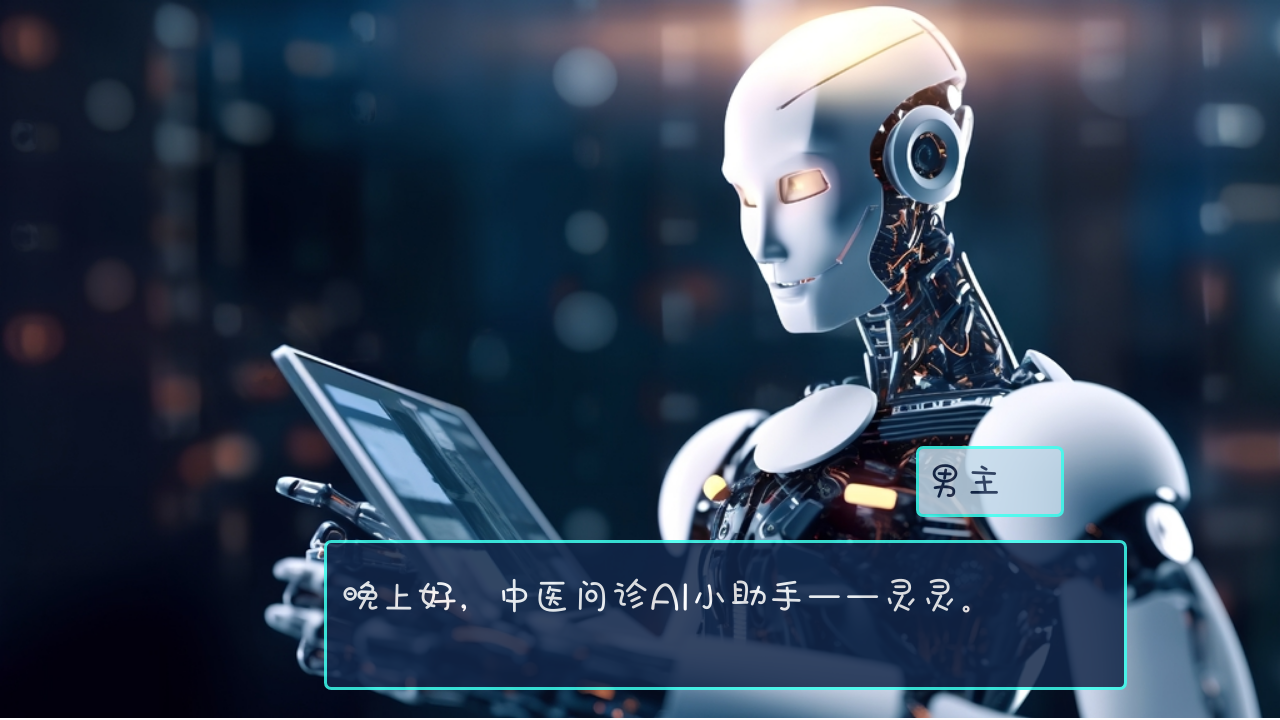
Repository: chjyume/zhongyi
Page: index3.html
These files come from the project's save history. The page is drawn as it stood at one moment and after the next save; the edit follows.
The browser window is 1280 px wide. The pictures show the whole page.

Above is the page before, as saved 2023-09-10 17:08:27.
Console error: ReferenceError: $ is not defined

### index3.html
<!DOCTYPE html>
<html>
	<head>
		<meta name="viewport" content="width=device-width, initial-scale=1.0">
        <meta charset="utf-8" />
		<title>小故事引入</title>

        <link href="css\index3.css" rel="stylesheet" type="text/css">
		<link rel="stylesheet" type="text/css" href="family\font.css">
	</head>
	<style>
	body
	{
        background-image:url("img/img3-1.png");
		background-repeat:no-repeat;
        height: 100%;
        width: 100%;
        background-size:cover;
	}
	</style>
	<div id="dynamicTextDiv">
		<span id="dynamicText">男主</span>
	</div>
		<div id="textDiv"  tabindex="1"></div>
		<div id="endMarker" style="display: none;"></div>
		<div id="overlay">
			<div class="clearfix">
				<a class="btn btn1"><span class="btn-inner">中医针灸治疗（岐黄针）</span></a>
				<a class="btn btn1"><span class="btn-inner">中医音乐治疗</span></a>
				<a class="btn btn1"><span class="btn-inner">中医安神香囊</span></a>
			</div>
		</div>
		<div id="chosenDiv" style="display: none;  font-size: 50px;" tabindex="1">
			<div id="text1" tabindex="1">
			  <div id="bubble" class="t1"  tabindex="1"> 右佐匹克隆</div>
			  <div id="bubble" class="t2"  tabindex="1"> 奥沙西洋</div>
			  <div id="bubble" class="t3"  tabindex="1"> 加巴喷丁</div>
			  <div id="bubble" class="t4"  tabindex="1">苯二氮䓬类受体激动剂</div>
			  <div id="bubble" class="t5"  tabindex="1"> 艾司唑仑</div>
			  <div id="bubble" class="t6"  tabindex="1"> 三唑仑</div>
			  <div id="bubble" class="t7"  tabindex="1"> 水合氯醛</div>
			</div>
			<div id="text2"tabindex="1">
			  <div id="bubble" class="tt1"  tabindex="1"> 呼吸减慢法 </div>
			  <div id="bubble" class="tt2"  tabindex="1"> 联想法</div>
			  <div id="bubble" class="tt3"  tabindex="1"> 转动眼珠法</div>
			  <div id="bubble" class="tt4"  tabindex="1">用左侧鼻孔呼吸法</div>
			  <div id="bubble" class="tt5"  tabindex="1"> 回想法</div>
			  <div id="bubble" class="tt6"  tabindex="1"> 白噪音</div>
			  <div id="bubble" class="tt7"  tabindex="1"> 轻型助眠操</div>
			  <div id="bubble" class="tt8"  tabindex="1">安神补脑液</div>
			  <div id="bubble" class="tt9"  tabindex="1">刺激控制疗法</div>
			</div>
			<div id="text3"tabindex="1">
			  <div id="bubble" class="way1"  tabindex="1"> 中医针灸治疗（岐黄针） </div>
			  <div id="bubble" class="way2"  tabindex="1"> 中医音乐治疗</div>
			 <div id="bubble" class="way3"  tabindex="1">中医安神香囊</div>
			</div>
		</div>


	</body>
	<script src="js/index3.js"></script>
</html>

### css/index3.css
#textDiv {
  z-index: 2;
    width: 60%;
    cursor: pointer;
    height: 10vh;
    position: fixed;
    padding: 5vh 2vh;
    font-family:HYLeMiaoTi;
    font-size: 3vw;
    line-height: 3vw;
    top:75vh;
    left: 45vh;

    color: #122648;
    background: #c2d9e9;
    border: 0.5vh solid #3fffef;
    border-radius: 1vh;
    opacity: 0.85;
    overflow: hidden;
  }
  #dynamicTextDiv{
    width: 10vw;
    height: 5vh;
      position: fixed;
      padding: 2vh 1vh;
      font-family: HYLeMiaoTi;
      font-size: 3vw;
      line-height: 3vw;
      top: 62vh;
      right: 30vh;

      color: #122648;
        background: #c2d9e9;
        border: 0.5vh solid #3fffef;
        border-radius: 1vh;
        opacity: 0.85;
        overflow: hidden;

  }
  #chosenDiv{
    position: fixed;
    width: 150vh;
    height: 70vh;
    margin: 1vh;
    border: 0.1vh solid #2c80ff;
    border-radius: 1vh;
    background-color: transparent;
    backdrop-filter: blur(1vh);
    z-index: 5;
  }

  #bubble{
margin: 20px;
position: fixed;
padding: 20px 12px;
font-family:HYLeMiaoTi;
font-size: 25px;
line-height: 40px;
color: #c0ffef;
background: #1a4c96;
border: 1px solid #86f3ff;
border-radius: 10px;
opacity: 0.8;
}

#endMarker {
  position: fixed;
  z-index: 2;
  width: 0;
  height: 0;
  margin:auto;
  top:90vh;
  left:155vh;
  border-left: 2vh solid transparent;
  border-right: 2vh solid transparent;
  border-top: 3vh solid #00ffcc;
  animation: jump 0.5s infinite alternate;
}

@keyframes jump {
  0% {
    transform: translateY(0);
  }

  100% {
    transform: translateY(-1vh);
  }
}

#textContainer {
  position: absolute;
  top: 0;
  left: 0;
  width: 100%;
  height: 100%;
  padding: 10px;
  box-sizing: border-box;
  background-color: #122648;
  color: white;
}

#textBox {
  height: 100%;
  overflow-y: auto;
}

#overlay {
  position: fixed;
  top: 0;
  left: 0;
  width: 100%;
  height: 100%;
  background-color: rgba(0, 0, 0, 0.5);
  display: none;
  justify-content: center;
  align-items: center;
  z-index: 6;

}


.clearfix:after {
  content: "";
  display: block;
  clear: both;
  height: 0;
  visibility: hidden;
}

.clearfix {
  zoom: 1;
  display: flex;
  justify-content: center;
  align-items: center;
  height: 100vh;
  flex-direction: column;
}

.btn {
  margin-bottom: 7vh;
  display: inline-block;
  padding: 2vh 8vh;
  text-decoration: none;
  position: relative;
}

.btn1 {
  position: relative;
  color: #fff;
  background: #17A086;
  border: 1px solid #17A086;
  -webkit-transition: background-color .3s, color .3s;
  transition: background-color .3s, color .3s
}

.btn1:before {
  content: '';
  position: absolute;
  top: -15px;
  left: -15px;
  bottom: -15px;
  right: -15px;
  background: inherit;
  z-index: -1;
  opacity: 0.5;
  -webkit-transform: scale3d(.6, .4, 1);
  transform: scale3d(.6, .4, 1);
  display: none\9;
}

.btn1:hover {
  background: #1DCBA8;
  border-color: #1DCBA8;
  -webkit-transition: background-color .1s .3s, color .1s .3s;
  transition: background-color .1s .3s, color .1s .3s;
  -webkit-animation: anim-moema-1 .3s forwards;
  animation: anim-moema-1 .3s forwards
}

.btn1:hover:before {
  -webkit-animation: anim-moema-2 .3s .3s forwards;
  animation: anim-moema-2 .3s .3s forwards;
}

@-webkit-keyframes anim-moema-1 {
  60% {
    -webkit-transform: scale3d(.8, .8, 1);
    transform: scale3d(.8, .8, 1)
  }

  85% {
    -webkit-transform: scale3d(1.1, 1.1, 1);
    transform: scale3d(1.1, 1.1, 1)
  }

  100% {
    -webkit-transform: scale3d(1, 1, 1);
    transform: scale3d(1, 1, 1)
  }
}

@keyframes anim-moema-1 {
  60% {
    -webkit-transform: scale3d(.8, .8, 1);
    transform: scale3d(.8, .8, 1)
  }

  85% {
    -webkit-transform: scale3d(1.1, 1.1, 1);
    transform: scale3d(1.1, 1.1, 1)
  }

  100% {
    -webkit-transform: scale3d(1, 1, 1);
    transform: scale3d(1, 1, 1)
  }
}

@-webkit-keyframes anim-moema-2 {
  to {
    opacity: 0;
    -webkit-transform: scale3d(1, 1, 1);
    transform: scale3d(1, 1, 1)
  }
}

@keyframes anim-moema-2 {
  to {
    opacity: 0;
    -webkit-transform: scale3d(1, 1, 1);
    transform: scale3d(1, 1, 1)
  }
}

### family/font.css
@font-face {
    font-family: "HYLeMiaoTi";
    src:url("HYLeMiaoTiJ.ttf");
    font-weight: normal;
    font-style: normal;
}

### js/index3.js
var textDiv = document.getElementById('textDiv');
var texts = ['晚上好，中医问诊AI小助手——灵灵。',
  '晚上好，这么晚了，主人怎么还没有休息？',
  '我又失眠了，我的安眠药也吃完了，怎么都睡不着。不是你说可以帮助我的吗？',
  '我通过全网查询得到以下诸多方法治疗失眠，你可以诉说你的需求进行筛选',
  '我不想吃药了！',
  '好的，已为你进行筛选。',
  '我怕麻烦！',
  '好的，已为你再次筛选。',
  '我怕痛',
  '好的，其中的针灸并不痛',
  '那我可以尝试一下'
];
var currentTextIndex = -1;
var currentText = "";
var originalBackgroundColor = "lightblue";
var originalColor = "black";

function showNextText() {
  document.body.style.overflow = 'hidden';
  if (currentTextIndex < texts.length - 1) {
    var endMarker = document.getElementById('endMarker');
    endMarker.style.display = 'none';
    currentTextIndex++;
    currentText = texts[currentTextIndex];
    var i = 0;
    textDiv.innerHTML = ""; // 清空文字内容

    var typing = setInterval(function() {
      if (i < currentText.length) {
        var span = document.createElement("span");
        span.textContent = currentText.charAt(i);
        if (currentTextIndex % 2 === 0 ) {
          span.style.color = "white"; //改变字体颜色
          textDiv.style.backgroundColor = "#122648"; // 改变背景颜色
          textDiv.style.color = originalColor; // 设置字体颜色
        } else {
          span.style.color = originalColor; // 恢复字体颜色
          textDiv.style.backgroundColor = originalBackgroundColor; // 恢复背景颜色
        }

        textDiv.appendChild(span);
        i++;
        if (currentTextIndex === 3) {
          var chosenDiv = document.getElementById('chosenDiv');
          chosenDiv.style.display = 'block';
        }

//遮罩层

        if (currentTextIndex === texts.length-1) {
          const overlay = document.querySelector('#overlay');
          textDiv.addEventListener('click', () => {
            overlay.style.display = 'flex';

            textDiv.style.display = 'none'; // 隐藏textDiv
            endMarker.style.display = 'none';
          });
        }else {
          return;
          }

//句末三角
         if (i === currentText.length) {
          var endMarker = document.getElementById('endMarker');
          endMarker.style.display = 'block';
        }
      } else {
        clearInterval(typing);
      }
    }, 100);
  } else {
    return;
  }
}
textDiv.addEventListener('click', showNextText);

showNextText();


 $(function () {
            $('.btn').on('click', function (e) {
                var parentOffset = $(this).offset(),
                    relX = e.pageX - parentOffset.left,
                    relY = e.pageY - parentOffset.top;
                $(this).find('.bgsqr1').css({
                    top: relY,
                    left: relX
                });
            });
        });

After the next save:
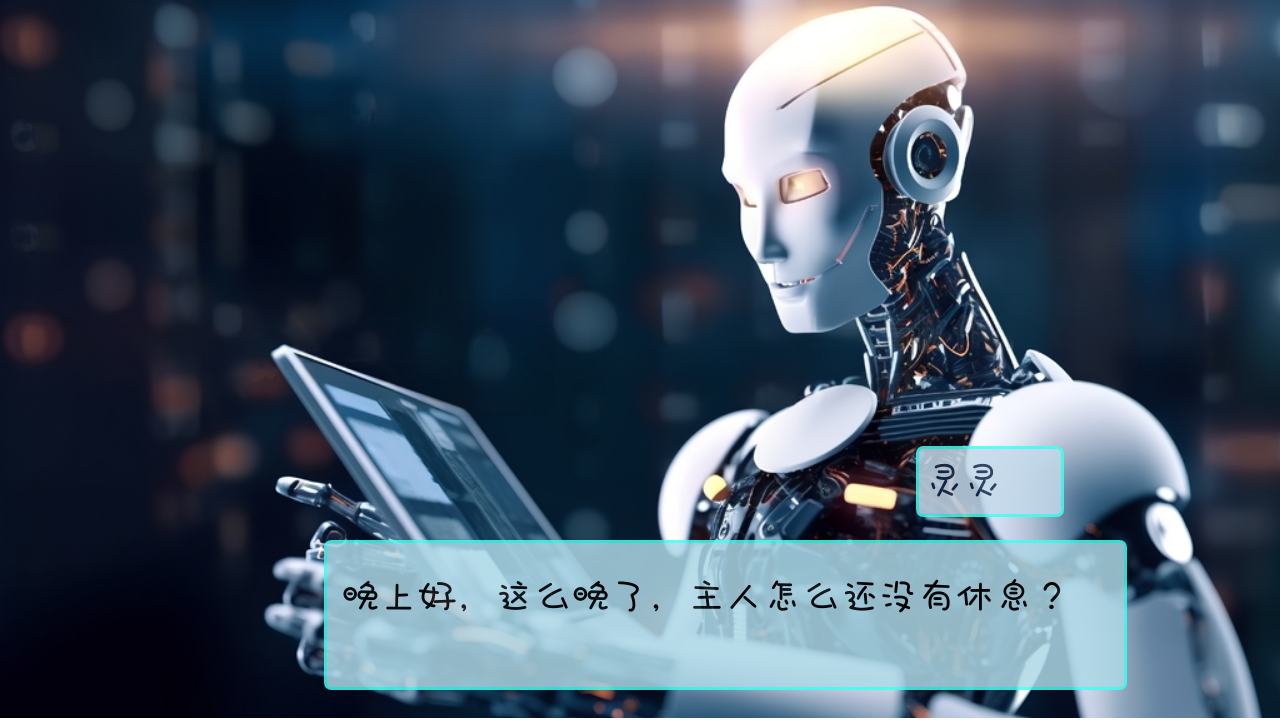
Saved 2 min 54 s later.
--- a/js/index3.js
+++ b/js/index3.js
@@ -11,10 +11,14 @@
   '好的，其中的针灸并不痛',
   '那我可以尝试一下'
 ];
+var dynamicTextDiv = document.getElementById('dynamicTextDiv');
+var dynamicText = document.getElementById('dynamicText');
 var currentTextIndex = -1;
 var currentText = "";
 var originalBackgroundColor = "lightblue";
 var originalColor = "black";
+
+
 
 function showNextText() {
   document.body.style.overflow = 'hidden';
@@ -25,6 +29,12 @@
     currentText = texts[currentTextIndex];
     var i = 0;
     textDiv.innerHTML = ""; // 清空文字内容
+
+
+    currentTextIndex++;
+    currentText = texts[currentTextIndex];
+    dynamicText.textContent = currentTextIndex % 2 === 0 ? '男主' : '灵灵';
+
 
     var typing = setInterval(function() {
       if (i < currentText.length) {

After the save that followed:
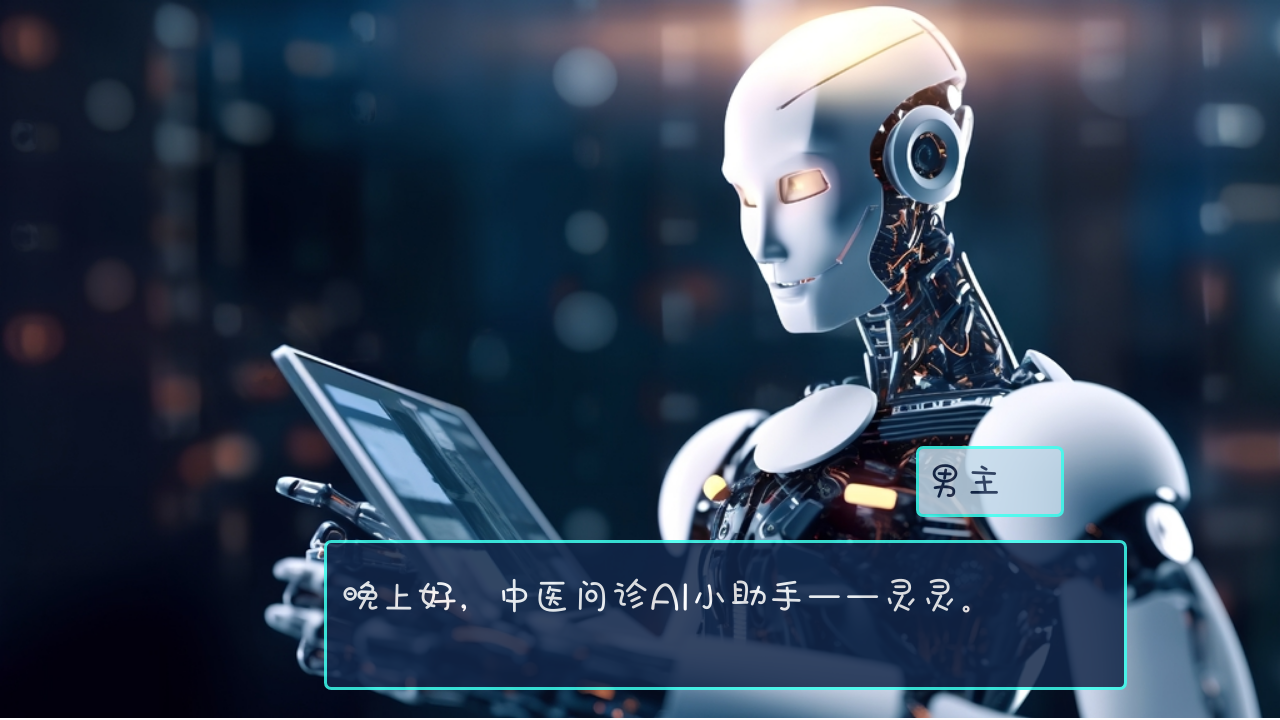
Saved 37 s later.
--- a/js/index3.js
+++ b/js/index3.js
@@ -29,12 +29,6 @@
     currentText = texts[currentTextIndex];
     var i = 0;
     textDiv.innerHTML = ""; // 清空文字内容
-
-
-    currentTextIndex++;
-    currentText = texts[currentTextIndex];
-    dynamicText.textContent = currentTextIndex % 2 === 0 ? '男主' : '灵灵';
-
 
     var typing = setInterval(function() {
       if (i < currentText.length) {
